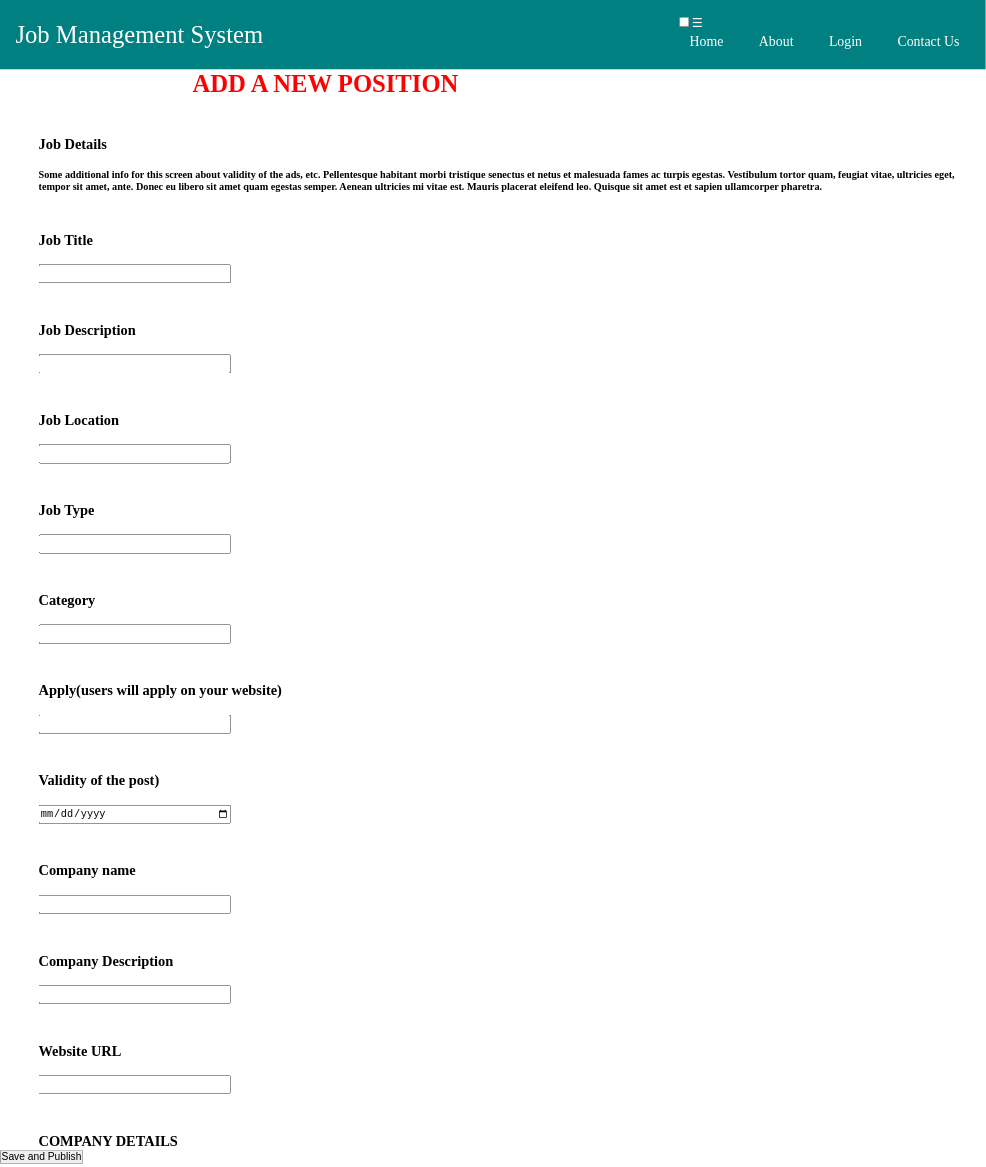
Repository: PrinceKumawat1109/JFSD
Page: http://localhost/Job-management/newposition.jsp
An editor plug-in stored every save of this project. The page is shown before and after the next save, followed by the edit.
The browser window is 1280 px wide. The pictures show the whole page, at 77% of full size.
The page is served by Tomcat 9.

Above is the page before, as saved 2022-10-29 21:38:40.

After the next save:
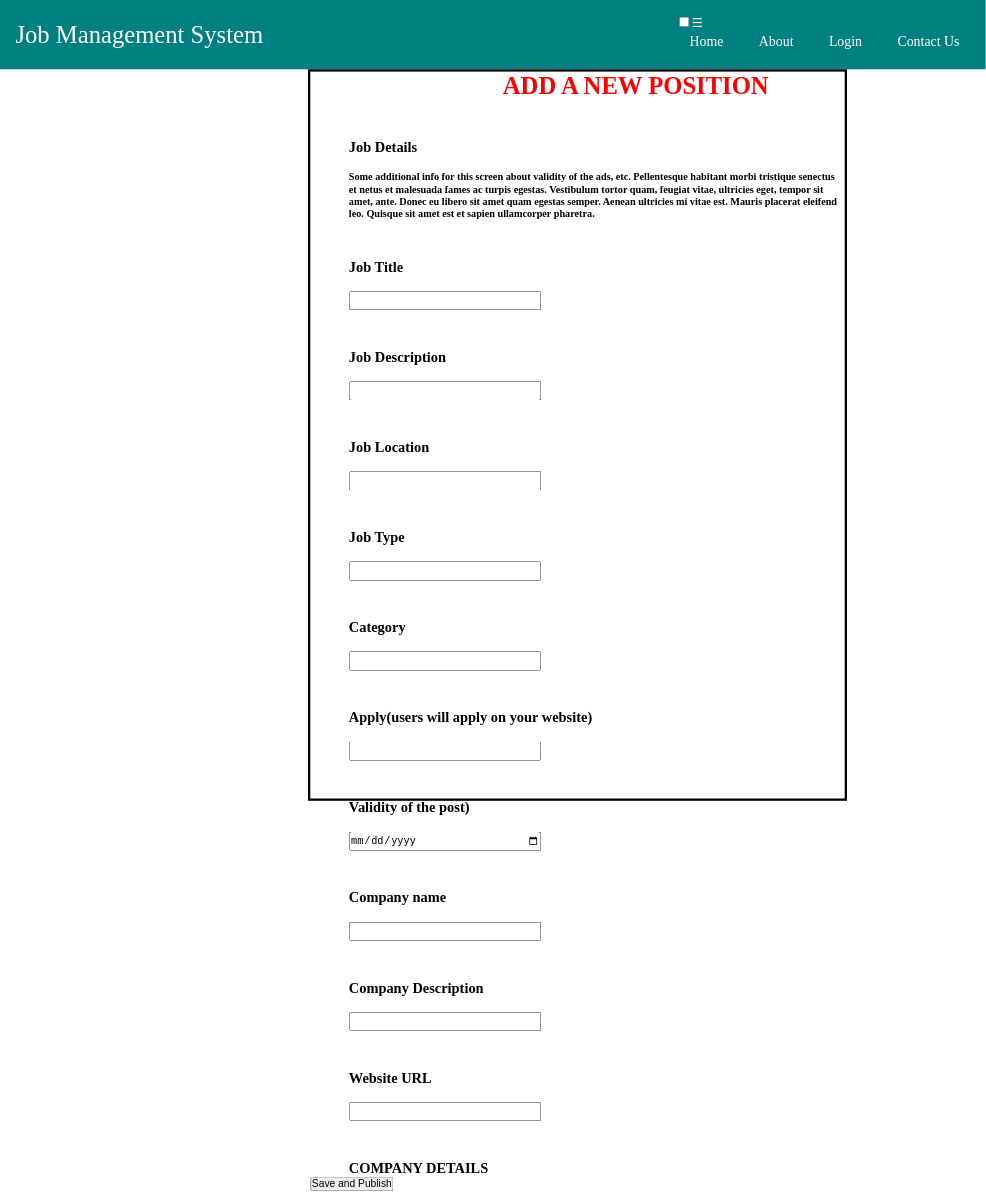
Saved 31 s later.
--- a/Job-management/src/main/webapp/newposition.jsp
+++ b/Job-management/src/main/webapp/newposition.jsp
@@ -17,6 +17,7 @@ margin-left: 400px;
 </style>
 </head>
 <body>
+<div class="card">
 <h1 style=" color: red; margin-left: 250px;">ADD A NEW POSITION</h1>
 	<h3 style="margin-left: 50px; margin-top: 50px;">Job Details</h3>
 	<h5 style="margin-left: 50px; margin-top: 20px;">Some additional info for this screen about validity of the ads, etc. Pellentesque habitant morbi tristique senectus et netus et malesuada fames ac turpis egestas. Vestibulum tortor quam, feugiat vitae, ultricies eget, tempor sit amet, ante. Donec eu libero sit amet quam egestas semper. Aenean ultricies mi vitae est. Mauris placerat eleifend leo. Quisque sit amet est et sapien ullamcorper pharetra.</h5>
